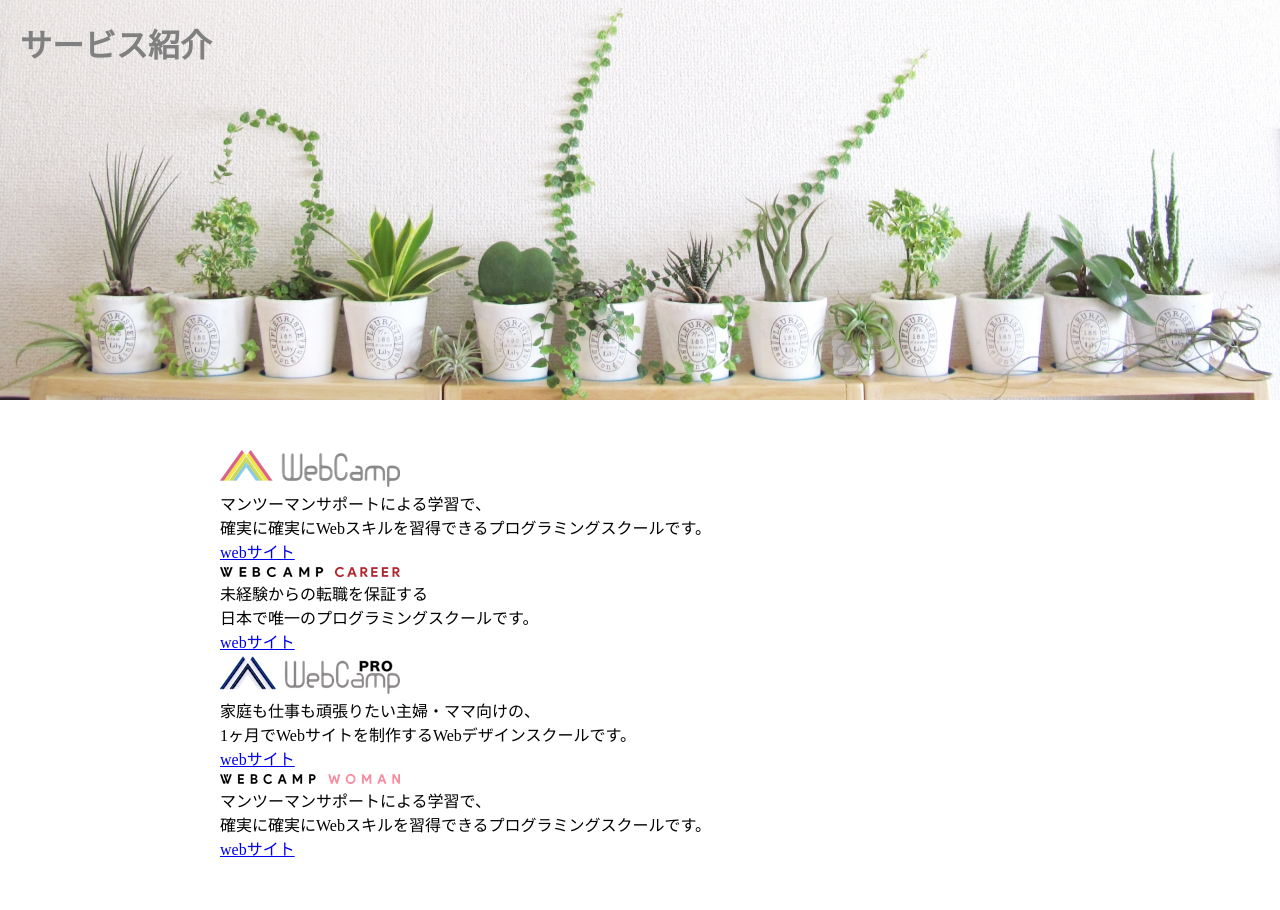
Repository: ryosei-110/HTML-CSS-
Page: 1-7exercise/1-7.html
The author's editor kept a record of every edit. The page is drawn from the files as they stood at one moment, then again after the next edit.
The browser window is 1280 px wide. The pictures show the whole page.

Above is the page before.

### 1-7exercise/1-7.html
<!DOCTYPE html>
<html lang="ja">
  <head>
    <meta charset="UTF-8" />
    <link rel="stylesheet" href="1-7.css" />
    <title>1-2演習問題</title>
  </head>

  <body>

  <header>
    <h1 class="heading">サービス紹介</h1>
  </header>

  <div class="main">
    <div class="main-item">
      <img class="main-image" src="img/wc-logo.png">
      <p class="main-text">
        マンツーマンサポートによる学習で、<br>
        確実に確実にWebスキルを習得できるプログラミングスクールです。<br>
        <a href="1-7.html">webサイト</a>
      </p>
    </div>
    <div class="main-item">
      <img class="main-image" src="img/wcc-logo.png">
      <p class="main-text">
        未経験からの転職を保証する<br>
        日本で唯一のプログラミングスクールです。<br>
        <a href="1-7.html">webサイト</a>
      </p>
    </div>
    <div class="main-item">
      <img class="main-image" src="img/wcp-logo.png">
      <p class="main-text">
        家庭も仕事も頑張りたい主婦・ママ向けの、<br>
        1ヶ月でWebサイトを制作するWebデザインスクールです。<br>
        <a href="1-7.html">webサイト</a>
      </p>
    </div>
    <div class="main-item">
      <img class="main-image" src="img/wcw-logo.png">
      <p class="main-text">
        マンツーマンサポートによる学習で、<br>
        確実に確実にWebスキルを習得できるプログラミングスクールです。<br>
        <a href="1-7.html">webサイト</a>
      </p>
    </div>
  </div>

  </body>
</html>

### 1-7exercise/1-7.css
* {
  margin: 0;
  padding: 0;
  box-sizing: border-box;
}

header {
  width: 100%;
  height: 400px;
  background-image: url(img/mv.jpg);
  background-size: cover;
  background-position: bottom ;
}

.heading {
  padding: 20px;
  color: grey;
}

.main {
  margin: 50px auto;
  width: 840px;
  display: flex;
  flex-direction: column;

}

.main-item1 {
  padding-bottom: 30px;
  border-bottom: 1px solid gray;
}

.main-item2 {
  padding: 30px 0;
  border-bottom: 1px solid gray;
}

After the next edit:
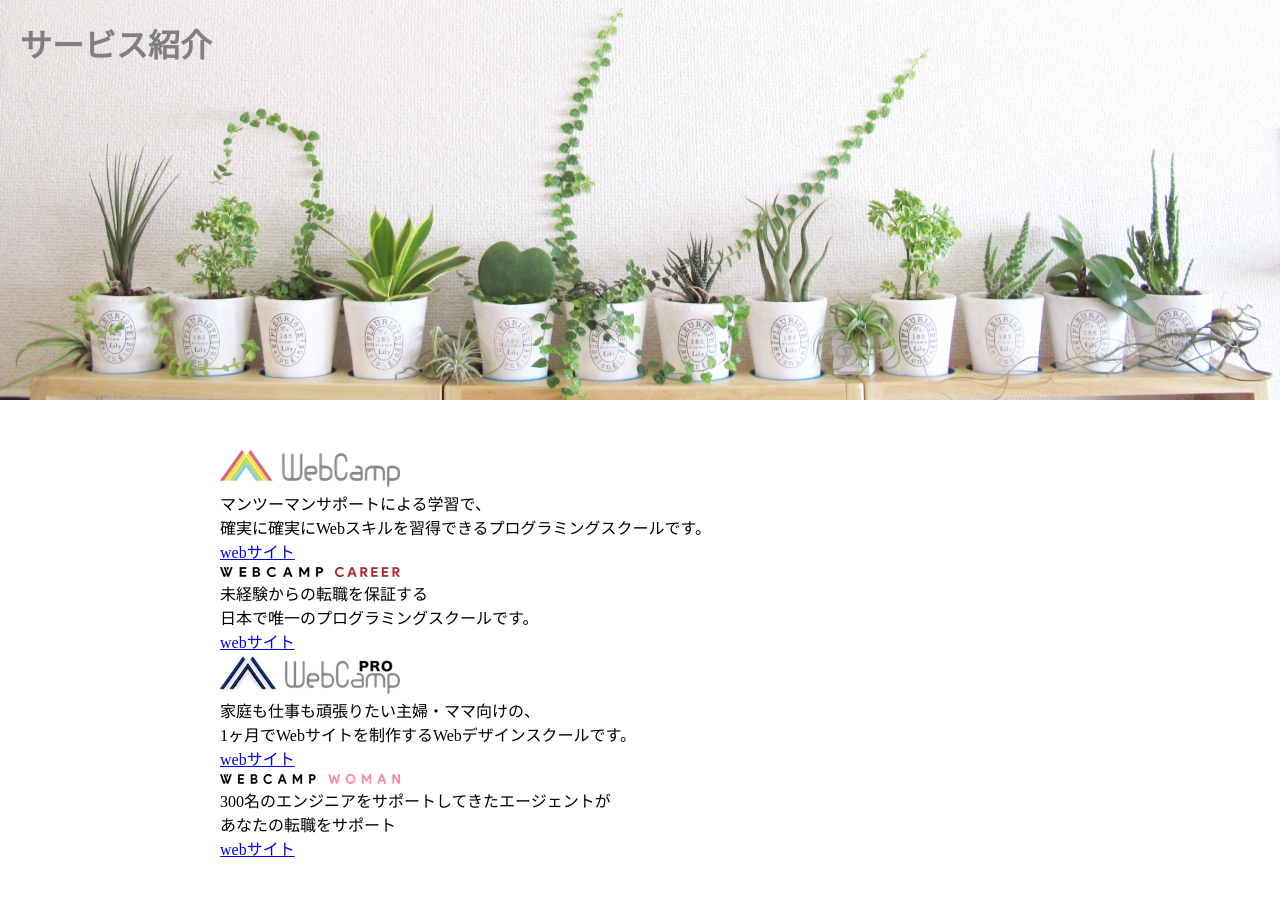
The edit:
--- a/1-7exercise/1-7.html
+++ b/1-7exercise/1-7.html
@@ -40,8 +40,8 @@
     <div class="main-item">
       <img class="main-image" src="img/wcw-logo.png">
       <p class="main-text">
-        マンツーマンサポートによる学習で、<br>
-        確実に確実にWebスキルを習得できるプログラミングスクールです。<br>
+        300名のエンジニアをサポートしてきたエージェントが<br>
+        あなたの転職をサポート<br>
         <a href="1-7.html">webサイト</a>
       </p>
     </div>
